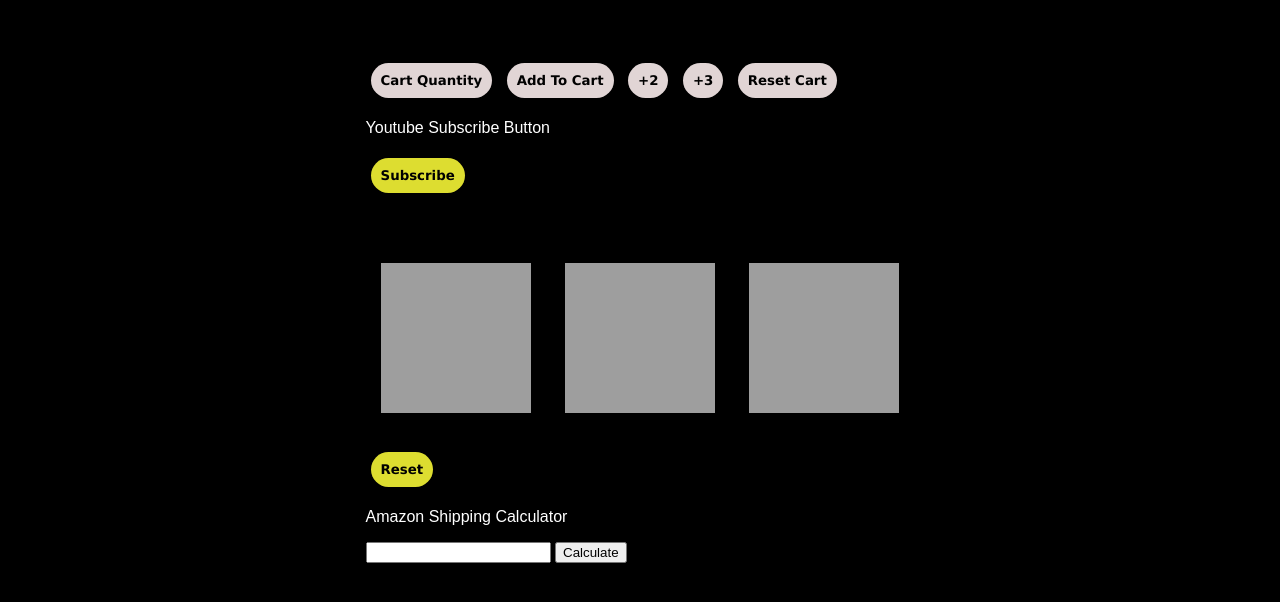
Repository: EguJaredoBoyd/Jared-Learning-Projects
Page: javascript-tutorial.html
An editor plug-in stored every save of this project. The page is shown before and after the next save, followed by the edit.
The browser window is 1280 px wide. The pictures show the whole page.
Pictures or frames that could not be fetched are drawn as grey boxes.

Above is the page before, as saved 2025-07-06 23:11:59.

### javascript-tutorial.html
<!DOCTYPE html>
<html lang="en">
<head>
    <meta charset="UTF-8">
    <meta name="viewport" content="width=device-width, initial-scale=1.0">
    <title>Document</title>
    <link rel="stylesheet" href="javascript-tutorial.css">
    <script src="javacript-tutorial.js" defer></script>
</head>
<body>
    <main>
        <section class="cart-class">
            <button onclick="cartDisplay()">Cart Quantity</button>
            <button onclick="addCart();
            cartDisplay()">Add To Cart</button>
            <button onclick="addCart2();
            cartDisplay()">+2</button>
            <button onclick="addCart3();
            cartDisplay()">+3</button>
            <button onclick="cartReset();
            cartDisplay()">Reset Cart</button>

            <p id="cart-quantity"></p>
            <p>Youtube Subscribe Button</p>
            <button onclick="subscribe()" class="sub-button">Subscribe</button>
        </section>

        <section class="game-play">
            <button onclick="selectRock()" class="rock"><img src="./images/solidarity-emoji.jpg" alt="Rock Hand Game"></button>
            <button onclick="selectPaper()"><img src="./images/high-five-emoji.jpg" alt="Paper Hand Game"></button>
            <button onclick="selectScissors()"><img src="./images/two-fingers-emoji.jpg" alt="Scissiors Hand Game"></button>
            <p class="win-paragraph"></p>
            <p class="move-paragraph"></p>
            <p class="score-paragraph"></p>
            <button onclick="selectReset()" class="reset">Reset</button>
        </section>

        <section class="amazon-calculator">
            <p>Amazon Shipping Calculator</p>
            <input type="text" class="amazon-cost" onkeydown="handleCost(event)">
            <button onclick="calculateTotal()">Calculate</button>
            <p class="shipping-cost"></p>
        </section>
    </main>

</body>
</html>

### javascript-tutorial.css
body{
    font-family: Arial, Helvetica, sans-serif;
    background-color: black;
    display: flex;
    justify-content: center;
    padding-top: 50px;

}
.cart-class{
    margin-bottom: 50px;
}
.cart-class button{
    padding: 10px;
    margin: 5px;
    font-weight: bold;
    font-family: Verdana, Geneva, Tahoma, sans-serif;
    border: none;
    border-radius: 50px;

}
.cart-class button:not(.sub-button){
    background-color: rgb(225, 213, 213);

}
.sub-button{
    background-color: rgb(221, 221, 48);
}
.sub-button-two{
    background-color: rgb(225, 213, 213);
}
p{
    color: white;
}

/* game-section  */

.game-play button{
    padding: 10px;
    margin: 5px;
    font-weight: bold;
    font-family: Verdana, Geneva, Tahoma, sans-serif;
    border: none;
    border-radius: 50px;
}
.game-play button:not(.reset){
    background-color: transparent;
}
.reset{
    background-color: rgb(221, 221, 48);
}
.game-play:not(.reset) img{
    height: 150px;
    width: 150px;
    border: 50%;

}

### javacript-tutorial.js
let cartQuantity = 0;
function cartDisplay(){
    document.getElementById('cart-quantity').innerHTML = cartQuantity;
};

function addCart(){
    cartQuantity = cartQuantity + 1;
};

function addCart2(){
    cartQuantity += 2;
};

function addCart3(){
    cartQuantity += 3;
};

function cartReset(){
    alert("Cart has been reset");
    cartQuantity = 0;
};

function subscribe () {
    let subClick = document.querySelector('.sub-button');
        if (subClick.innerHTML === 'Subscribe') {
            subClick.innerHTML = 'Subscribed'
            subClick.classList.add('sub-button-two');
        } else{
            subClick.innerHTML = 'Subscribe'
            subClick.classList.remove('sub-button-two');

        }
    }




let computerMove = '';
let score = {
    wins: 0,
    losses: 0,
    ties: 0
};

// ✅ Fix 1: Load saved score if it exists in localStorage
const storage = localStorage.getItem('gameScore');
if (storage) {
    score = JSON.parse(storage);
}

console.log(score); // Optional: Just to confirm score is loaded

function selectRock() {
    // ✅ Fix 2: New random number every time the function runs
    let randomNumber = Math.random();

    if (randomNumber >= 0 && randomNumber < 1 / 3) {
        computerMove = 'rock';
    } else if (randomNumber >= 1 / 3 && randomNumber < 2 / 3) {
        computerMove = 'paper';
    } else {
        computerMove = 'scissors';
    }

    let result = '';
    if (computerMove === 'rock') {
        result = 'tie';
    } else if (computerMove === 'paper') {
        result = 'lose';
    } else if (computerMove === 'scissors') {
        result = 'win';
    }

    let newResult = '';
    if (result === 'win') {
        score.wins += 1;
        newResult = 'wins!';
    } else if (result === 'lose') {
        score.losses += 1;
        newResult = 'losses!';
    } else {
        score.ties += 1;
        newResult = 'ties!';
    }

    // ✅ Fix 3: Save updated score to localStorage
    localStorage.setItem('gameScore', JSON.stringify(score));

    let newScore, valueOne, valueTwo, outcomeOne, outcomeTwo;

    if (newResult === 'wins!') {
        newScore = score.wins;
        valueOne = score.losses;
        outcomeOne = 'losses';
        valueTwo = score.ties;
        outcomeTwo = 'ties';
    } else if (newResult === 'losses!') {
        newScore = score.losses;
        valueOne = score.wins;
        outcomeOne = 'wins';
        valueTwo = score.ties;
        outcomeTwo = 'ties';
    } else {
        newScore = score.ties;
        valueOne = score.wins;
        outcomeOne = 'wins';
        valueTwo = score.losses;
        outcomeTwo = 'losses';
    }

    alert(`You picked rock and the computer picked ${computerMove}, you ${result}!
You have ${newScore} ${newResult}, ${valueOne} ${outcomeOne}, and ${valueTwo} ${outcomeTwo}`);

    let rock = document.querySelector('.win-paragraph');
    rock.innerHTML = (`You picked rock and the computer picked ${computerMove}, you ${result}!
    You have ${newScore} ${newResult}, ${valueOne} ${outcomeOne}, and ${valueTwo} ${outcomeTwo}`);

    let rockMove = document.querySelector('.move-paragraph');
    rockMove.innerHTML = (`You - rock : ${computerMove} - Computer`);

    let rockScore = document.querySelector('.score-paragraph');
    rockScore.innerHTML = (`You ${result}!`)

}

function selectPaper() {
    let randomNumber = Math.random();

    if (randomNumber >= 0 && randomNumber < 1 / 3) {
        computerMove = 'rock';
    } else if (randomNumber >= 1 / 3 && randomNumber < 2 / 3) {
        computerMove = 'paper';
    } else {
        computerMove = 'scissors';
    }

    let result = '';
    if (computerMove === 'paper') {
        result = 'tie';
    } else if (computerMove === 'scissors') {
        result = 'lose';
    } else if (computerMove === 'rock') {
        result = 'win';
    }

    let newResult = '';
    if (result === 'win') {
        score.wins += 1;
        newResult = 'wins!';
    } else if (result === 'lose') {
        score.losses += 1;
        newResult = 'losses!';
    } else {
        score.ties += 1;
        newResult = 'ties!';
    }

    localStorage.setItem('gameScore', JSON.stringify(score));

    let newScore, valueOne, valueTwo, outcomeOne, outcomeTwo;

    if (newResult === 'wins!') {
        newScore = score.wins;
        valueOne = score.losses;
        outcomeOne = 'losses';
        valueTwo = score.ties;
        outcomeTwo = 'ties';
    } else if (newResult === 'losses!') {
        newScore = score.losses;
        valueOne = score.wins;
        outcomeOne = 'wins';
        valueTwo = score.ties;
        outcomeTwo = 'ties';
    } else {
        newScore = score.ties;
        valueOne = score.wins;
        outcomeOne = 'wins';
        valueTwo = score.losses;
        outcomeTwo = 'losses';
    }

    alert(`You picked paper and the computer picked ${computerMove}, you ${result}!
You have ${newScore} ${newResult}, ${valueOne} ${outcomeOne}, and ${valueTwo} ${outcomeTwo}`);

    let paper = document.querySelector('.win-paragraph');
        paper.innerHTML = `You picked paper and the computer picked ${computerMove}, you ${result}!
You have ${newScore} ${newResult}, ${valueOne} ${outcomeOne}, and ${valueTwo} ${outcomeTwo}`;

    let paperMove = document.querySelector('.move-paragraph');
    paperMove.innerHTML = (`You - paper : ${computerMove} - Computer`);

    let paperScore = document.querySelector('.score-paragraph');
    paperScore.innerHTML = (`You ${result}!`)


}

function selectScissors() {
    let randomNumber = Math.random();

    if (randomNumber >= 0 && randomNumber < 1 / 3) {
        computerMove = 'rock';
    } else if (randomNumber >= 1 / 3 && randomNumber < 2 / 3) {
        computerMove = 'paper';
    } else {
        computerMove = 'scissors';
    }

    let result = '';
    if (computerMove === 'scissors') {
        result = 'tie';
    } else if (computerMove === 'rock') {
        result = 'lose';
    } else if (computerMove === 'paper') {
        result = 'win';
    }

    let newResult = '';
    if (result === 'win') {
        score.wins += 1;
        newResult = 'wins!';
    } else if (result === 'lose') {
        score.losses += 1;
        newResult = 'losses!';
    } else {
        score.ties += 1;
        newResult = 'ties!';
    }

    localStorage.setItem('gameScore', JSON.stringify(score));

    let newScore, valueOne, valueTwo, outcomeOne, outcomeTwo;

    if (newResult === 'wins!') {
        newScore = score.wins;
        valueOne = score.losses;
        outcomeOne = 'losses';
        valueTwo = score.ties;
        outcomeTwo = 'ties';
    } else if (newResult === 'losses!') {
        newScore = score.losses;
        valueOne = score.wins;
        outcomeOne = 'wins';
        valueTwo = score.ties;
        outcomeTwo = 'ties';
    } else {
        newScore = score.ties;
        valueOne = score.wins;
        outcomeOne = 'wins';
        valueTwo = score.losses;
        outcomeTwo = 'losses';
    }

    alert(`You picked scissors and the computer picked ${computerMove}, you ${result}!
You have ${newScore} ${newResult}, ${valueOne} ${outcomeOne}, and ${valueTwo} ${outcomeTwo}`);

    let scissors = document.querySelector('.win-paragraph');
    scissors.innerHTML = (`You picked scissors and the computer picked ${computerMove}, you ${result}!
You have ${newScore} ${newResult}, ${valueOne} ${outcomeOne}, and ${valueTwo} ${outcomeTwo}`);

    let scissorsMove = document.querySelector('.move-paragraph');
    scissorsMove.innerHTML = (`You - scissors : ${computerMove} - Computer`);

    let scissorsScore = document.querySelector('.score-paragraph');
    scissorsScore.innerHTML = (`You ${result}!`)

}

function selectReset() {
    score = {
        wins: 0,
        losses: 0,
        ties: 0
    };

    // ✅ Fix 4: Clear the score from localStorage too
    localStorage.removeItem('gameScore');

    alert(`Your score has been reset.`);

    let scoreReset = document.querySelector('.win-paragraph');
    scoreReset.innerHTML = ('Your score has been reset.');

    let resetMove = document.querySelector('.move-paragraph');
    resetMove.innerHTML = (``);

    let resetScore = document.querySelector('.score-paragraph');
    resetScore.innerHTML = (``)
};

function calculateTotal() {
    const amazonCost = document.querySelector('.amazon-cost');
    let cost = Number(amazonCost.value);

    let amount = 50;
    if (cost < amount) {
        cost = cost + 10;

    }

    document.querySelector('.shipping-cost').innerHTML = cost;
    console.log(cost);



};

function handleCost(event) {
    if (event.key === 'Enter') {
        calculateTotal();
    }
};

After the next save:
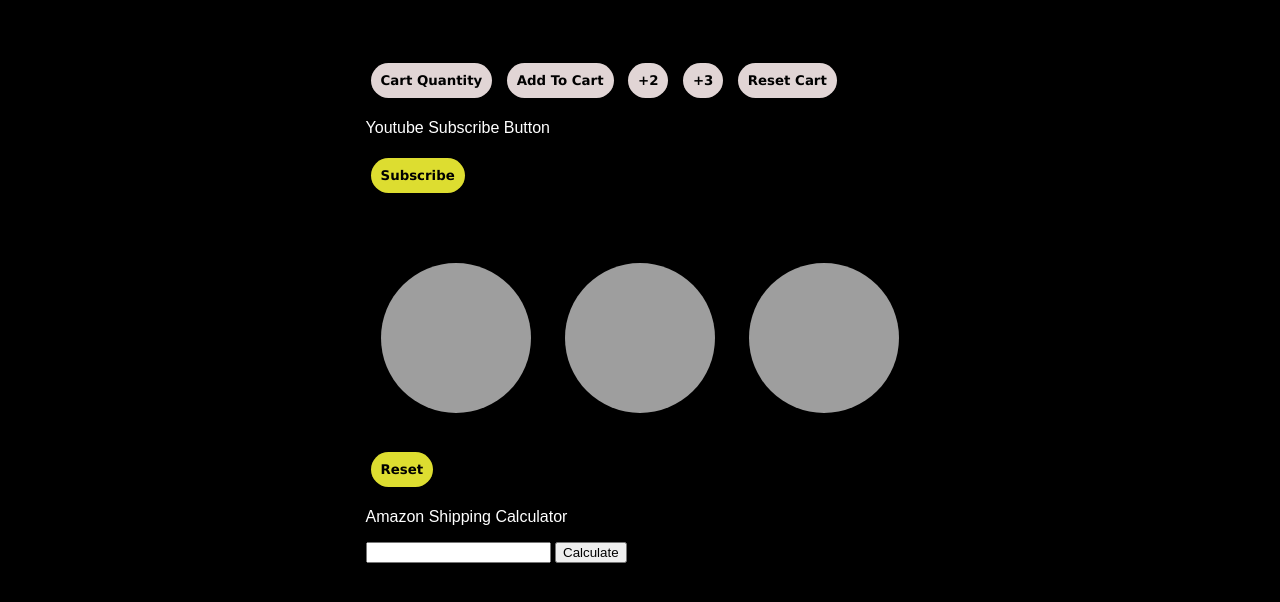
Saved 11 s later.
--- a/javascript-tutorial.css
+++ b/javascript-tutorial.css
@@ -51,6 +51,6 @@ p{
 .game-play:not(.reset) img{
     height: 150px;
     width: 150px;
-    border: 50%;
+    border-radius: 50%;
 
 }
